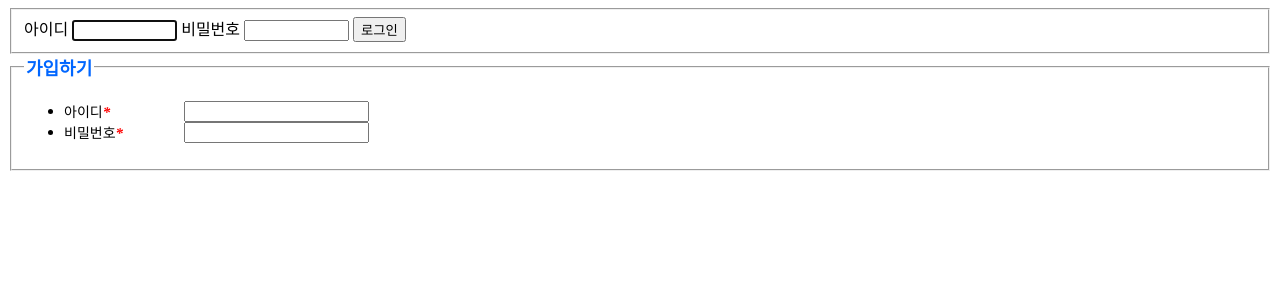
Repository: ygs3004/StudyHTML_CSS
Page: web project 01/src/main/webapp/chapter05/exam05_18.html
These files come from the project's save history. The page is drawn as it stood at one moment and after the next save; the edit follows.
The browser window is 1280 px wide. The pictures show the whole page.

Above is the page before, as saved 2022-08-09 02:34:10.

### web project 01/src/main/webapp/chapter05/exam05_18.html
<!DOCTYPE html>
<html>
<head>
<meta charset="UTF-8">
<title>Insert title here</title>
<style type="text/css">
	form fieldset{
		margin : 10pex 0;
	}


	form legend{
		font-size : 18px;
		color : #0066ff;
		font-weight : 600;
	}

	form label.reg{
		font-size : 14px;
		width : 120px;
		float : left;
	}

	form label em{
		font-size : 15px;
		color : red;
		font-weight : 800;
	}

	font ul li{
		list-style : none;
		margin : 10px 0;
	}

	form.easys{
		text-align : left;
		font-size : 12px;
		color : blue;
	}

	form fieldset.sendform{
	text-align : center;
	}

</style>
</head>
<body>
<form action="">
	<fieldset class="login">
		<label for="user_id">아이디</label>
			<input type="text" id="user_id" size="10" autofocus>
		<label for="user_pw">비밀번호</label>
			<input type="password" id="user_pw" size="10">
			<input type="submit" value="로그인">
	</fieldset>
	<fieldset>
		<legend>가입하기</legend>
		<ul>
			<li>
				<label class="reg" for="user_name">아이디<em>*</em></label>
				<input type="text" id="user_id" size="20" autocomplete='on' required>
			</li>
			<li>
				<label class="reg" for="user_pw1">비밀번호<em>*</em></label>
				<input type="text" id="user_id" size="20" required>
			</li>
		</ul>
	</fieldset>
</form>

</body>
</html>

After the next save:
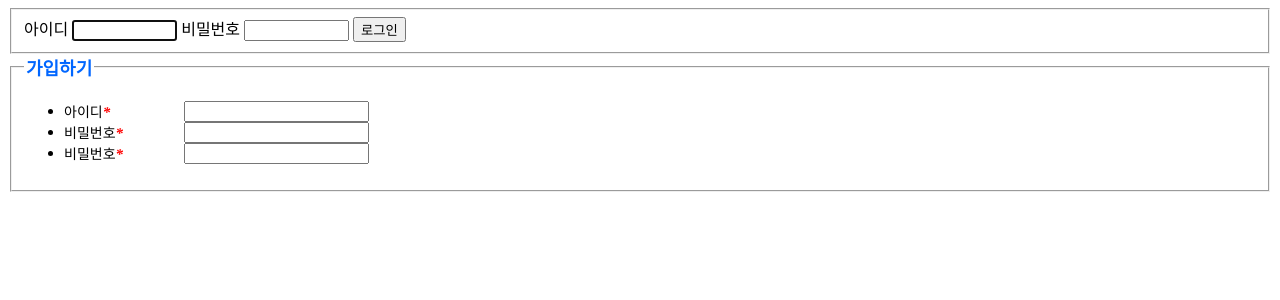
Saved 16 s later.
--- a/web project 01/src/main/webapp/chapter05/exam05_18.html
+++ b/web project 01/src/main/webapp/chapter05/exam05_18.html
@@ -62,7 +62,11 @@
 			</li>
 			<li>
 				<label class="reg" for="user_pw1">비밀번호<em>*</em></label>
-				<input type="text" id="user_id" size="20" required>
+				<input type="password" id="user_pw1" size="20" required>
+			</li>
+						<li>
+				<label class="reg" for="user_pw1">비밀번호<em>*</em></label>
+				<input type="password" id="user_pw1" size="20" required>
 			</li>
 		</ul>
 	</fieldset>
